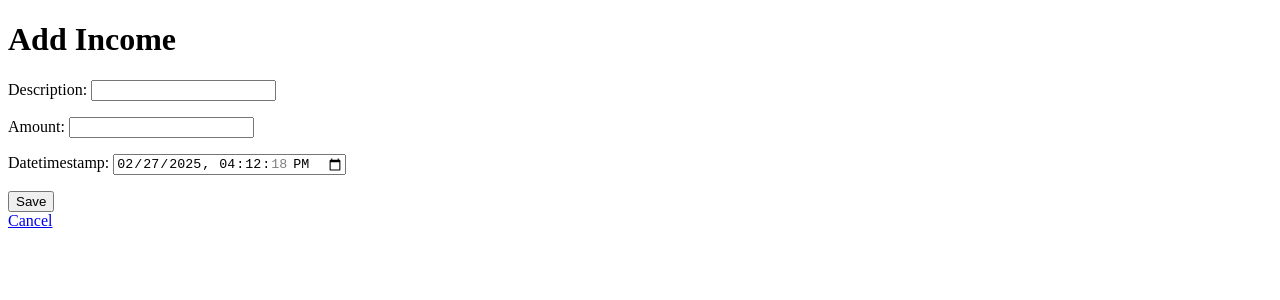
Repository: Jijiluzana225/lugawan_pitlane
Page: http://localhost/other-income/add/
These files come from the project's save history. The page is drawn as it stood at one moment and after the next save; the edit follows.
The browser window is 1280 px wide. The pictures show the whole page.
The page is served by the project's application, run on Django 5.2 (manage.py). Other server files are loaded and not shown.

Above is the page before, as saved 2025-03-07 09:06:43.

### pos/templates/pos/other_income_form.html
<!DOCTYPE html>
<html lang="en">
<head>
    <title>Other Income Form</title>
</head>
<body>
    <h1>{% if form.instance.id %}Edit Income{% else %}Add Income{% endif %}</h1>

    <form method="post">
        {% csrf_token %}
        {{ form.as_p }}
        <button type="submit">Save</button>
    </form>

    <a href="{% url 'other_income_list' %}">Cancel</a>
</body>
</html>

### pos/forms.py

from django import forms
from .models import *

class ExpenseForm(forms.ModelForm):
    class Meta:
        model = Expense
        fields = ['description', 'amount', 'category', 'datetimestamp']  # Add datetimestamp

        widgets = {
            'datetimestamp': forms.DateTimeInput(attrs={'type': 'datetime-local'})
        }


class OtherIncomeForm(forms.ModelForm):
    class Meta:
        model = OtherIncome
        fields = ['description', 'amount', 'datetimestamp']  # Include datetimestamp

        widgets = {
            'datetimestamp': forms.DateTimeInput(attrs={'type': 'datetime-local'})
        }

### pos/models.py
from django.db import models
from django.utils.timezone import now

class Category(models.Model):
    name = models.CharField(max_length=100)

    def __str__(self):
        return self.name

class Product(models.Model):
    name = models.CharField(max_length=200)
    category = models.ForeignKey(Category, on_delete=models.CASCADE)
    price = models.DecimalField(max_digits=10, decimal_places=2)
    available = models.BooleanField(default=True)

    def __str__(self):
        return self.name

    @property
    def total_ordered_today(self):
        from django.db.models import Sum
        from datetime import date

        today = date.today()
        total = OrderItem.objects.filter(
            product=self,
            datetimestamp__date=today
        ).aggregate(Sum('quantity'))['quantity__sum']

        return total or 0


class OrderItem(models.Model):
    product = models.ForeignKey(Product, on_delete=models.CASCADE)
    quantity = models.PositiveIntegerField(default=1)
    datetimestamp = models.DateTimeField(default=now)  # New field

    def __str__(self):
        return f"{self.quantity} x {self.product.name} at {self.datetimestamp}"


class Expense(models.Model):
    CATEGORY_CHOICES = [
        ('supplies', 'Supplies'),
        ('utilities', 'Utilities'),
        ('rent', 'Rent'),
        ('salary', 'Salary'),
        ('others', 'Others'),
    ]

    description = models.CharField(max_length=255)
    amount = models.DecimalField(max_digits=10, decimal_places=2)
    category = models.CharField(max_length=50, choices=CATEGORY_CHOICES)
    datetimestamp = models.DateTimeField(default=now)

    def __str__(self):
        return f"{self.description} - ₱{self.amount} on {self.datetimestamp}"


# New Other Income model
class OtherIncome(models.Model):
    description = models.CharField(max_length=255)
    amount = models.DecimalField(max_digits=10, decimal_places=2)
    source = models.CharField(max_length=100, blank=True, null=True)  # Optional source
    datetimestamp = models.DateTimeField(default=now)

    def __str__(self):
        return f"{self.description} - ₱{self.amount} on {self.datetimestamp}"

### pos/views.py

from django.shortcuts import render
from django.db.models import Sum, F
from django.utils.timezone import activate, localtime, now
from datetime import date
from .models import Product, OrderItem, Category

def catalog(request):
    # Set timezone to Philippines
    activate('Asia/Manila')

    # Get today's date in local timezone
    local_now = localtime(now())
    local_today = local_now.date()

    # Calculate total sales for the day from OrderItem model
    total_sales = OrderItem.objects.filter(
        datetimestamp__date=local_today
    ).annotate(
        total_price=F('product__price') * F('quantity')  # Calculate total price per item
    ).aggregate(
        total=Sum('total_price')
    )['total'] or 0

    # Fetch categories
    categories = Category.objects.prefetch_related('product_set').all()

    # Fetch today's orders, ensuring timestamps are converted to local time
    todays_orders = OrderItem.objects.filter(
        datetimestamp__date=local_today
    ).select_related('product').order_by('-datetimestamp')

    return render(request, 'pos/catalog.html', {
        'categories': categories,
        'total_sales': total_sales,
        'todays_orders': todays_orders
    })

from django.shortcuts import redirect, get_object_or_404
from django.utils.timezone import now
from .models import Product, OrderItem

def add_to_order(request):
    if request.method == 'POST':
        product_id = request.POST.get('product_id')
        quantity = int(request.POST.get('quantity', 1))  # Get quantity, default to 1 if missing
        product = get_object_or_404(Product, id=product_id)

        # Always create a new OrderItem record with the provided quantity
        OrderItem.objects.create(
            product=product,
            quantity=quantity,
            datetimestamp=now()
        )

    return redirect('catalog')


from django.shortcuts import render
from django.db.models import Sum, F
from django.utils.timezone import now
from datetime import date
from .models import Product, OrderItem

def menu(request):
    categories = Product.objects.select_related('category').all()

    # Calculate total sales for the day from OrderItem model
    today = date.today()
    total_sales = OrderItem.objects.filter(
        datetimestamp__date=today
    ).annotate(
        total_price=F('product__price') * F('quantity')  # Calculate total price per item
    ).aggregate(
        total=Sum('total_price')
    )['total'] or 0

    return render(request, 'pos/catalog.html', {
        'categories': categories,
        'total_sales': total_sales
    })
from django.shortcuts import render
from django.utils.timezone import localtime, now
from datetime import date
from .models import OrderItem, Expense, OtherIncome
from django.db.models import Sum, F

def order_history(request):
    selected_date = request.GET.get('date', str(date.today()))

    # Orders
    orders = OrderItem.objects.filter(datetimestamp__date=selected_date).select_related('product')
    total_orders = orders.annotate(total_price=F('product__price') * F('quantity')).aggregate(total=Sum('total_price'))['total'] or 0

    # Expenses
    expenses = Expense.objects.filter(datetimestamp__date=selected_date)
    total_expenses = expenses.aggregate(total=Sum('amount'))['total'] or 0

    # Other Income
    other_income = OtherIncome.objects.filter(datetimestamp__date=selected_date)
    total_other_income = other_income.aggregate(total=Sum('amount'))['total'] or 0

    # General Total (Orders + Other Income - Expenses)
    general_total = (total_orders + total_other_income) - total_expenses

    context = {
        'orders': orders,
        'total_orders': total_orders,
        'expenses': expenses,
        'total_expenses': total_expenses,
        'other_income': other_income,
        'total_other_income': total_other_income,
        'general_total': general_total,
        'selected_date': selected_date,
    }

    return render(request, 'pos/order_history.html', context)



from django.shortcuts import render
from .models import Expense, OtherIncome
from django.utils.timezone import localtime, now


# def expense_list(request):
#     local_now = localtime(now())
#     expenses = Expense.objects.all().order_by('-datetimestamp')
#     return render(request, 'pos/expenses.html', {'expenses': expenses, 'current_time': local_now})


# def other_income_list(request):
#     local_now = localtime(now())
#     other_income = OtherIncome.objects.all().order_by('-datetimestamp')
#     return render(request, 'pos/other_income.html', {'other_income': other_income, 'current_time': local_now})


from django.shortcuts import render, redirect, get_object_or_404
from .models import Expense
from .forms import ExpenseForm
from django.utils.timezone import localtime, now


def expense_list(request):
    local_now = localtime(now())
    expenses = Expense.objects.all().order_by('-datetimestamp')
    return render(request, 'pos/expenses.html', {'expenses': expenses, 'current_time': local_now})


def add_expense(request):
    if request.method == 'POST':
        form = ExpenseForm(request.POST)
        if form.is_valid():
            form.save()
            return redirect('expense_list')
    else:
        form = ExpenseForm()
    return render(request, 'pos/expense_form.html', {'form': form})


def edit_expense(request, expense_id):
    expense = get_object_or_404(Expense, id=expense_id)
    if request.method == 'POST':
        form = ExpenseForm(request.POST, instance=expense)
        if form.is_valid():
            form.save()
            return redirect('expense_list')
    else:
        form = ExpenseForm(instance=expense)
    return render(request, 'pos/expense_form.html', {'form': form})


def delete_expense(request, expense_id):
    expense = get_object_or_404(Expense, id=expense_id)
    if request.method == 'POST':
        expense.delete()
        return redirect('expense_list')


from django.shortcuts import render, redirect, get_object_or_404
from .models import Expense, OtherIncome
from .forms import ExpenseForm, OtherIncomeForm
from django.utils.timezone import localtime, now


# Other Income Views
def other_income_list(request):
    local_now = localtime(now())
    other_income = OtherIncome.objects.all().order_by('-datetimestamp')
    return render(request, 'pos/other_income.html', {'other_income': other_income, 'current_time': local_now})


def add_other_income(request):
    if request.method == 'POST':
        form = OtherIncomeForm(request.POST)
        if form.is_valid():
            form.save()
            return redirect('other_income_list')
    else:
        form = OtherIncomeForm()
    return render(request, 'pos/other_income_form.html', {'form': form})


def edit_other_income(request, income_id):
    income = get_object_or_404(OtherIncome, id=income_id)
    if request.method == 'POST':
        form = OtherIncomeForm(request.POST, instance=income)
        if form.is_valid():
            form.save()
            return redirect('other_income_list')
    else:
        form = OtherIncomeForm(instance=income)
    return render(request, 'pos/other_income_form.html', {'form': form})


def delete_other_income(request, income_id):
    income = get_object_or_404(OtherIncome, id=income_id)
    if request.method == 'POST':
        income.delete()
        return redirect('other_income_list')

### lugaw_pos/urls.py
from django.contrib import admin
from django.urls import path, include

urlpatterns = [
    path('admin/', admin.site.urls),
    path('', include('pos.urls')),
]

### pos/urls.py
from django.urls import path
from . import views

urlpatterns = [
    path('menu/', views.menu, name='menu'),

    path('', views.catalog, name='catalog'),  # New catalog page
    path('add-to-order/', views.add_to_order, name='add_to_order'),  # New URL for adding to order
    path('order-history/', views.order_history, name='order_history'),

    path('expenses/', views.expense_list, name='expense_list'),
    path('expenses/add/', views.add_expense, name='add_expense'),
    path('expenses/edit/<int:expense_id>/', views.edit_expense, name='edit_expense'),
    path('expenses/delete/<int:expense_id>/', views.delete_expense, name='delete_expense'),

    path('other-income/', views.other_income_list, name='other_income_list'),
    path('other-income/add/', views.add_other_income, name='add_other_income'),
    path('other-income/edit/<int:income_id>/', views.edit_other_income, name='edit_other_income'),
    path('other-income/delete/<int:income_id>/', views.delete_other_income, name='delete_other_income'),

]

After the next save:
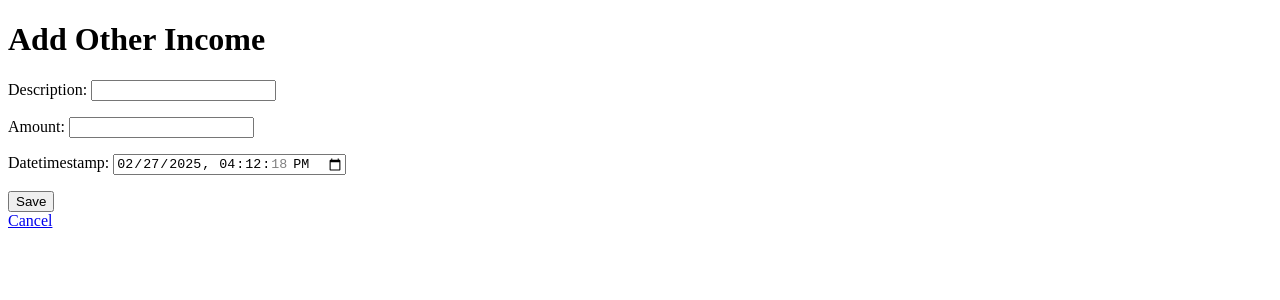
Saved 14 s later.
--- a/pos/templates/pos/other_income_form.html
+++ b/pos/templates/pos/other_income_form.html
@@ -4,7 +4,7 @@
     <title>Other Income Form</title>
 </head>
 <body>
-    <h1>{% if form.instance.id %}Edit Income{% else %}Add Income{% endif %}</h1>
+    <h1>{% if form.instance.id %}Edit Other Income{% else %}Add Other Income{% endif %}</h1>
 
     <form method="post">
         {% csrf_token %}
